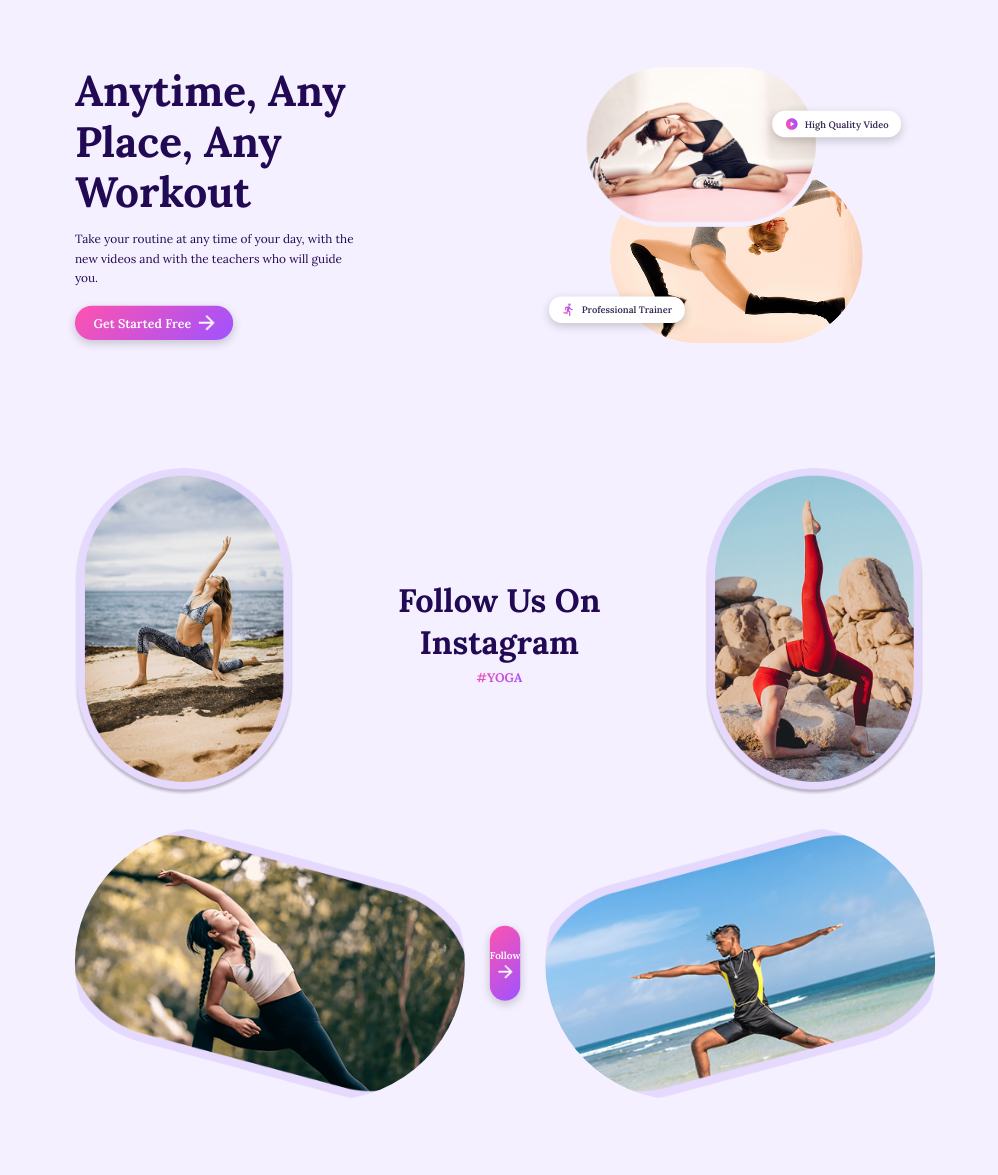
Repository: EunsuhJeon/responsive-yoga-website
Page: index.html
These files come from the project's save history. The page is drawn as it stood at one moment and after the next save; the edit follows.
The browser window is 1280 px wide. The pictures show the whole page, at 78% of full size.

Above is the page before, as saved 2025-11-26 00:48:55.

### index.html
<!DOCTYPE html>
<html lang="en">
<head>
    <meta charset="UTF-8">
    <meta name="viewport" content="width=device-width, initial-scale=1.0">
    <title>Yoga website</title>
    <link rel="stylesheet" href="./main.css">
    <link rel="preconnect" href="https://fonts.googleapis.com">
    <link rel="preconnect" href="https://fonts.gstatic.com" crossorigin>
    <link href="https://fonts.googleapis.com/css2?family=Lora:ital,wght@0,400..700;1,400..700&display=swap" rel="stylesheet">
</head>
<body>
    <header>

    </header>
    <main>
        <!-- Jade - start -->

        <!-- Jade - end -->


        <!-- Andrea - start -->
        <section class="section-4-place">
            <div class="section-4-place-content">
                <h1 class="section-4-title">
                    Anytime, Any<br>
                    Place, Any<br>
                    Workout
                </h1>
                <p class="section-4-text">
                    Take your routine at any time of your day, with the new
                    videos and with the teachers who will guide you.
                </p>
                <button class="btn btn-primary">
                    Get Started Free
                    <img
                        class="btn-icon"
                        src="./assets/icons/p2-s1-button-pink-Arrow.png"
                        alt="Arrow icon">
                </button>
            </div>

            <div class="section-4-place-media">
                <div class="section-4-place-images">
                    <img
                        class="section-4-place-img section-4-place-img-top"
                        src="./assets/images/b2-s1-routine-yoga-1.png"
                        alt="Yoga routine 1">
                    <img
                        class="section-4-place-img section-4-place-img-bottom"
                        src="./assets/images/b2-s1-routine-yoga-2.png"
                        alt="Yoga routine 2">
                </div>

                <button class="pill-btn pill-btn-top">
                    <img
                        class="pill-icon"
                        src="./assets/icons/p2-s1-button-white-ri_play.svg"
                        alt="Play icon">
                    High Quality Video
                </button>

                <button class="pill-btn pill-btn-bottom">
                    <img
                        class="pill-icon"
                        src="./assets/icons/p2-s1-button-white-person.svg"
                        alt="Person icon">
                    Professional Trainer
                </button>
            </div>
        </section>

        <!-- Seccion 5 - Follow -->
        <section class="seccion-5-follow">

        <!-- fila superior -->
        <div class="seccion-5-top">
            <img
            class="seccion-5-img seccion-5-img-tl"
            src="./assets/images/b2-s2-follow-yoga-1.png"
            alt="Yoga pose top-left">

            <div class="seccion-5-text">
            <h2 class="seccion-5-title">
                Follow Us On<br>Instagram
            </h2>
            <p class="seccion-5-hashtag">
                <span class="gradient-text">#YOGA</span>
            </p>
            </div>

            <img
            class="seccion-5-img seccion-5-img-tr"
            src="./assets/images/b2-s2-follow-yoga-2.png"
            alt="Yoga pose top-right">
        </div>

        <!-- fila inferior -->
        <div class="seccion-5-bottom">

            <img
            class="seccion-5-img seccion-5-img-bl"
            src="./assets/images/b2-s2-follow-yoga-3.png"
            alt="Yoga pose bottom-left">

            <button class="btn btn-circle">
            <span>Follow</span>
            <img
                class="btn-icon"
                src="./assets/icons/p2-s1-button-pink-Arrow.png"
                alt="Arrow icon">
            </button>

            <img
            class="seccion-5-img seccion-5-img-br"
            src="./assets/images/b2-s2-follow-yoga-4.png"
            alt="Yoga pose bottom-right">
        </div>
        </section>


    <!-- Andrea - end -->
    </main>
    <footer>

    </footer>
</body>
</html>

### main.css
*{
    box-sizing: border-box;
    margin: 0;
    padding: 0;
    font-family: "Lora", serif;
    font-optical-sizing: auto;
    font-style: normal;
}

body{
    width: 100%;
    height: 100%;
}

:root {
  --btn-gradient: linear-gradient(135deg, #FF52AF, #9F53FF);
  --btn-text: #fff;
  --btn-radius: 64px;
  --btn-padding: 12px 24px;
  --btn-shadow: 0 4px 12px rgba(0, 0, 0, 0.20);
}

button,
.btn {
  background: var(--btn-gradient);
  color: var(--btn-text);
  padding: var(--btn-padding);
  border: none;
  border-radius: var(--btn-radius);
  box-shadow: var(--btn-shadow);

  font-size: 16px;
  font-weight: 600;
  cursor: pointer;
  transition: transform 0.2s ease, opacity 0.2s ease;
}

/* Hover */
button:hover,
.btn:hover {
  transform: translateY(-2px);
  opacity: 0.9;
}

/* Active (cuando se hace click) */
button:active,
.btn:active {
  transform: translateY(0);
  opacity: 0.75;
}

@media (prefers-color-scheme: light) {
  body {
    background: #F5F0FF;
    color: #220953;
  }
}

@media (prefers-color-scheme: dark) {
  body {
    background: #14092A;
    color: #D1C0F1;
  }

    /* Andrea: Section-4 pill buttons cambian a #372A51 en oscuro */
  .pill-btn {
    background: #372A51;
    color: #F5F0FF;
  }
}



/* jade - start */

/* jade - end */



/* Andrea - start */

/* ---------- Section 4 - Place ---------- */
/* ----------TIPOGRAFÍA / TEXTOS---------- */

.section-4-title {
  font-size: clamp(2.4rem, 3vw + 1.2rem, 3.4rem);
  line-height: 1.2;
  margin-bottom: 16px;
}

.section-4-text {
  font-size: 0.95rem;
  line-height: 1.6;
  max-width: 360px;
  margin-bottom: 24px;
}

/* botón principal dentro de la sección */
.btn-primary {
  display: inline-flex;
  align-items: center;
  gap: 10px;
}

.btn-icon {
  width: 20px;
  height: 20px;
}

/* ---------- SECTION-4-PLACE ---------- */

.section-4-place {
  max-width: 1120px;
  margin: 0 auto;
  padding: 80px 16px;
  display: flex;
  align-items: center;
  justify-content: space-between;
  gap: 56px;
}

.section-4-place-content {
  flex: 1;
}

.section-4-place-media {
  flex: 1;
  position: relative;
  display: flex;
  justify-content: center;
}

.section-4-place-images {
  position: relative;
  width: 360px;
  height: 360px;
}

.section-4-place-img {
  width: 100%;
  height: auto;
  border-radius: 192px;
  object-fit: cover;
}

.section-4-place-img-top {
  position: absolute;
  top: 0;
  left: 0%;
  width: 85%;
  z-index: 2;
}

.section-4-place-img-bottom {
  position: absolute;
  bottom: 0;
  right: 0%;
  width: 90%;
  z-index: 1;
}

/* ---------- BOTONES BLANCOS (PILLS) ---------- */

.pill-btn {
  position: absolute;
  display: inline-flex;
  align-items: center;
  gap: 8px;
  padding: 8px 16px;
  border-radius: 16px;
  background: #ffffff;
  color: #372A51;
  font-size: 0.75rem;
  font-weight: 600;
  box-shadow: var(--btn-shadow);
  border: none;
  z-index: 10;
}

.pill-icon {
  width: 18px;
  height: 18px;
}

.pill-btn-top {
  top: 22%;
  right: 12%;
  transform: translate(20%, -50%);
}

.pill-btn-bottom {
  bottom: 12%;
  left: 12%;
  transform: translate(-15%, 50%);
}


/* ---------- RESPONSIVE ---------- */

@media (max-width: 768px) {
  .section-4-place {
    flex-direction: column;
    text-align: center;
    padding-top: 48px;
  }

  .section-4-place-content {
    order: 1;
  }

  .section-4-place-text {
    margin-left: auto;
    margin-right: auto;
  }

  .section-4-place-media {
    order: 2;
    width: 100%;
  }

  .section-4-place-images {
    width: 280px;
    height: 280px;
  }

  .pill-btn-top {
    top: 12%;
    right: 8%;
    transform: translate(0, -50%);
  }

  .pill-btn-bottom {
    bottom: 6%;
    left: 20%;
    transform: translate(0, 50%);
  }
}

/* -------- Seccion 5 - Follow -------- */

.seccion-5-follow {
  max-width: 1120px;
  margin: 0 auto;
  padding: 80px 16px 96px;
}

/* Filas superior e inferior */
.seccion-5-top,
.seccion-5-bottom {
  display: flex;
  align-items: center;
  justify-content: space-between;
  gap: 32px;
}

.seccion-5-top {
  margin-bottom: 40px;
}

/* Texto del centro */
.seccion-5-text {
  text-align: center;
}

.seccion-5-title {
  font-size: clamp(2rem, 2.4vw + 1rem, 2.6rem);
  line-height: 1.3;
  margin-bottom: 8px;
}

.seccion-5-hashtag {
  font-size: 1rem;
}

/* Hashtag #YOGA con gradiente */
.gradient-text {
  background: var(--btn-gradient);
  -webkit-background-clip: text;
  background-clip: text;
  color: transparent;
  font-weight: 700;
}

/* Estilo base para todas las imágenes */
.seccion-5-img {
  object-fit: cover;
  border-radius: 192px;
  background: transparent;
}

/* Imágenes superiores (verticales) */
.seccion-5-img-tl,
.seccion-5-img-tr {
  width: 280px;
  height: 420px;
}

/* Imágenes inferiores (apaisadas, ya rotadas en el archivo) */
.seccion-5-img-bl,
.seccion-5-img-br {
  width: 500px;
  height: 350px;
}

/* Botón circular central */
.btn-circle {
  width: 96px;
  height: 96px;
  padding: 0;
  border-radius: 64px;
  display: flex;
  flex-direction: column;
  align-items: center;
  justify-content: center;
  gap: 4px;
  font-size: 0.8rem;
}

.btn-circle .btn-icon {
  width: 18px;
  height: 18px;
}

/* -------- Responsive -------- */

@media (max-width: 768px) {
  .seccion-5-follow {
    padding-top: 48px;
  }

  .seccion-5-top,
  .seccion-5-bottom {
    flex-direction: column;
    gap: 24px;
  }

  .seccion-5-text {
    order: 1;
  }

  .seccion-5-img-tl {
    order: 0;
  }

  .seccion-5-img-tr {
    order: 2;
  }
}



/* Andrea - end */

After the next save:
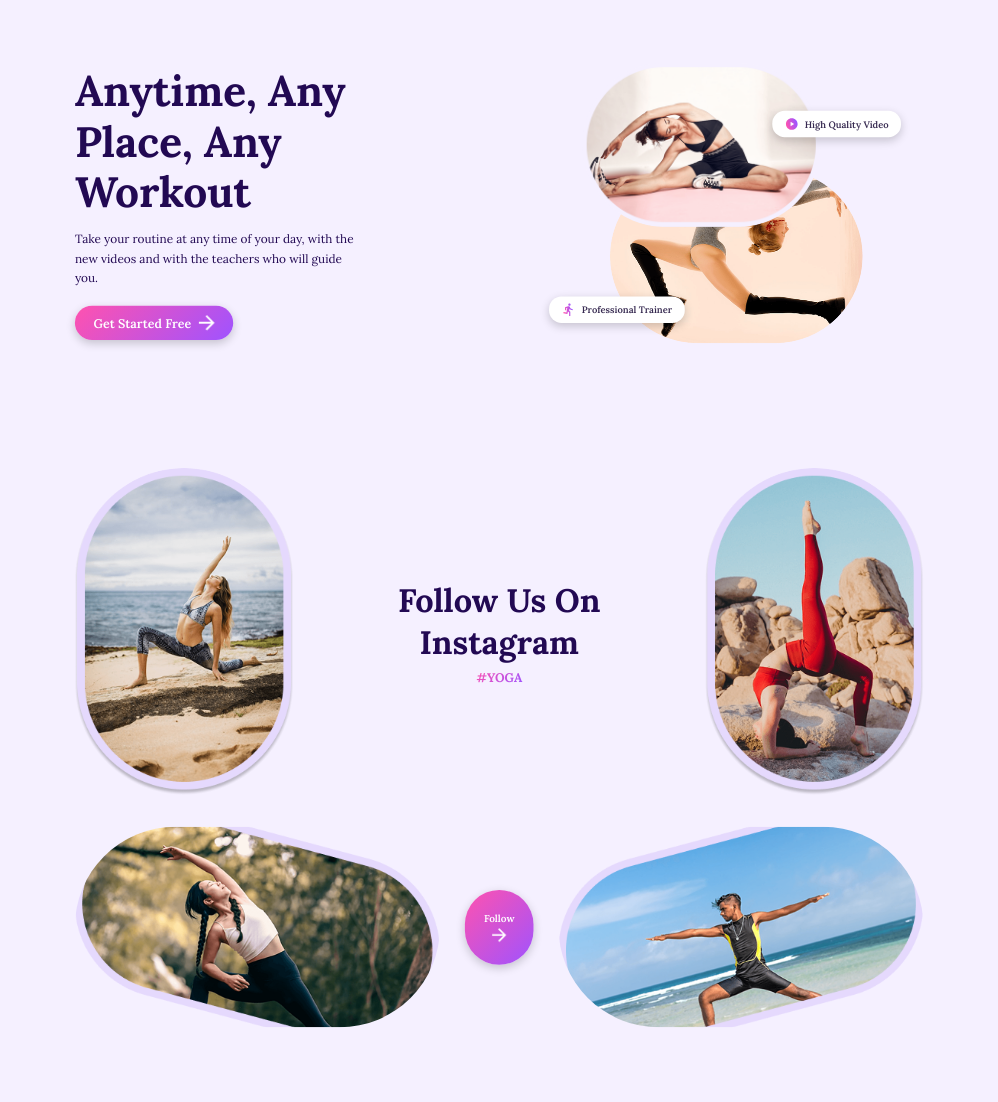
Saved 15 s later.
--- a/main.css
+++ b/main.css
@@ -298,8 +298,8 @@ button:active,
 /* Imágenes inferiores (apaisadas, ya rotadas en el archivo) */
 .seccion-5-img-bl,
 .seccion-5-img-br {
-  width: 500px;
-  height: 350px;
+  width: 510px;
+  height: 257px;
 }
 
 /* Botón circular central */
